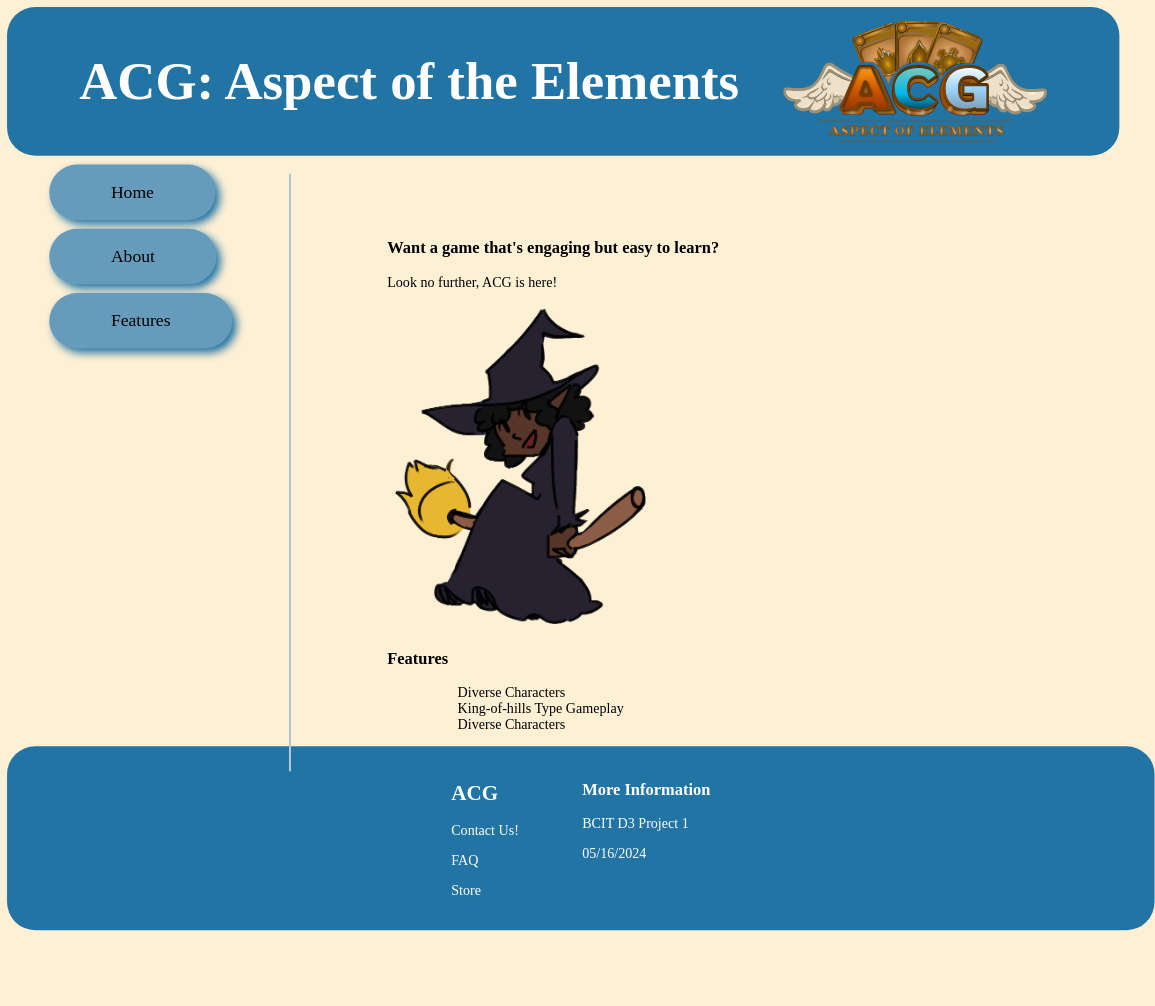
Repository: Delukalgh/ACG
Page: Features.html
An editor plug-in stored every save of this project. The page is shown before and after the next save, followed by the edit.
The browser window is 1280 px wide. The page is 1312 px wide, so the pictures cover 1312 px, including what lies to the right of the window. The pictures show the whole page, at 88% of full size.

Above is the page before, as saved 2024-05-15 15:36:50.

After the next save:
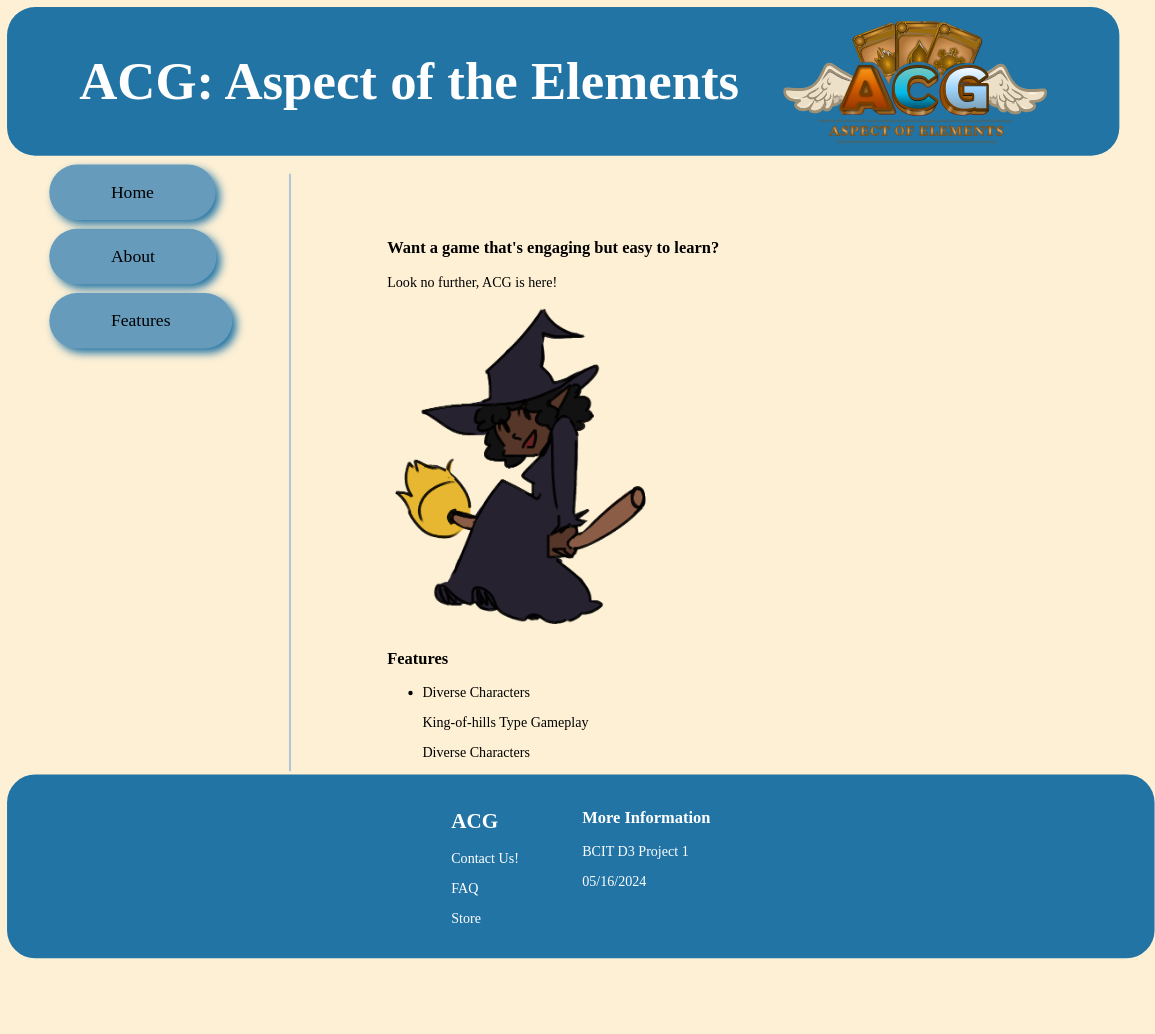
Saved 4 s later.
--- a/Features.html
+++ b/Features.html
@@ -47,7 +47,7 @@
 
         <h3>Features</h3>
         <ul>
-          <ul>Diverse Characters</ul>
+          <li>Diverse Characters</ul>
           <ul>King-of-hills Type Gameplay</ul>
           <ul>Diverse Characters</ul>
         </ul>

After the save that followed:
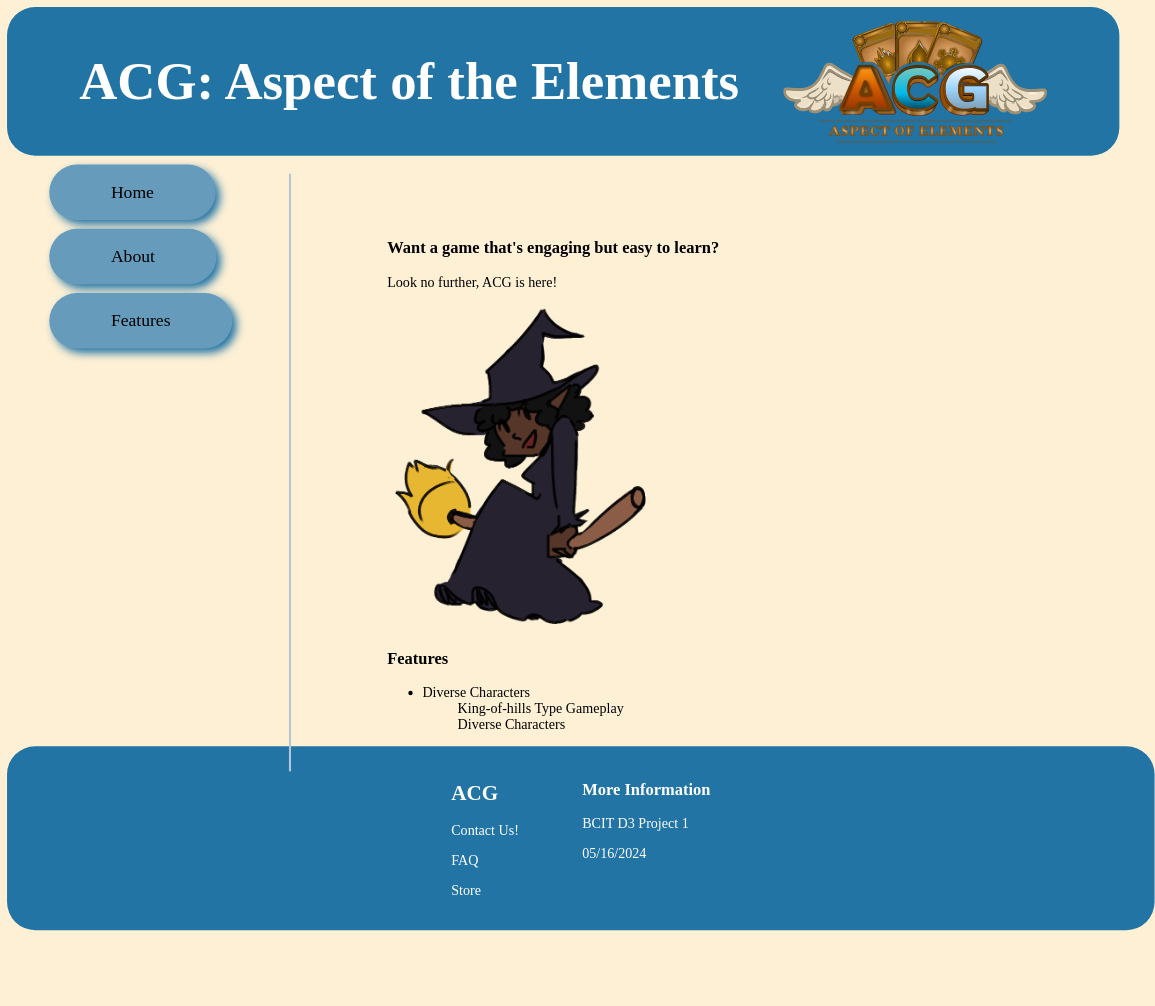
Saved 4 s later.
--- a/Features.html
+++ b/Features.html
@@ -47,7 +47,7 @@
 
         <h3>Features</h3>
         <ul>
-          <li>Diverse Characters</ul>
+          <li>Diverse Characters</li>
           <ul>King-of-hills Type Gameplay</ul>
           <ul>Diverse Characters</ul>
         </ul>
